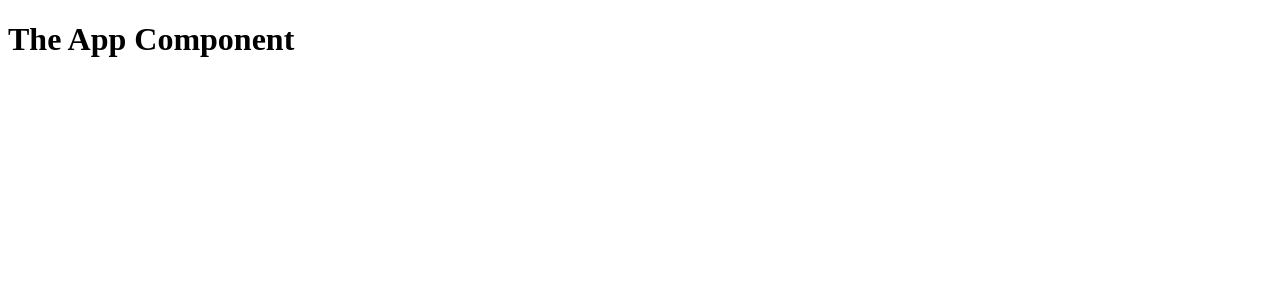
Repository: MikeTroianello/Contact-Manager
Page: /test
The author's editor kept a copy of each file at every save. The page is drawn from the files as they stood at one save, then again after the next save.
The browser window is 1280 px wide. The pictures show the whole page.
The project was rebuilt for these pictures with package versions that can differ from the ones it lists, and the page was loaded fresh each time. Also part of the build but not shown: src/App.css.

Above is the page before, as saved 2019-05-18 23:03:32.

After the next save:
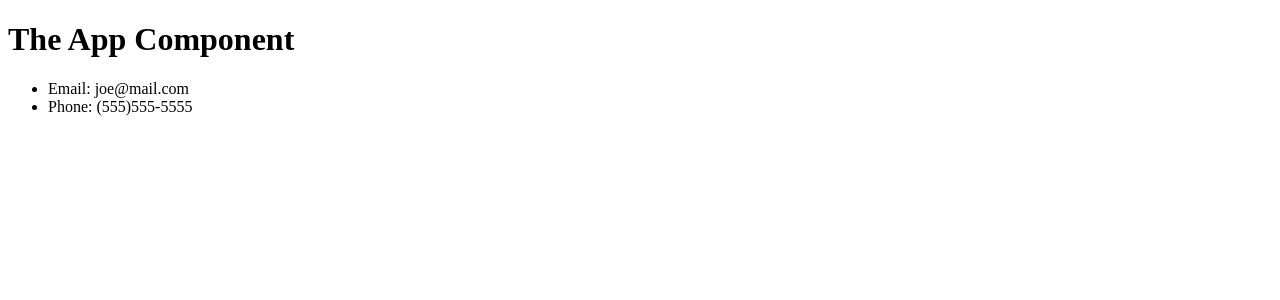
Saved 39 s later.
--- a/src/App.js
+++ b/src/App.js
@@ -6,6 +6,7 @@ function App() {
   return (
     <div className="App">
       <h1>The App Component</h1>
+      <Contact />
     </div>
   );
 }
